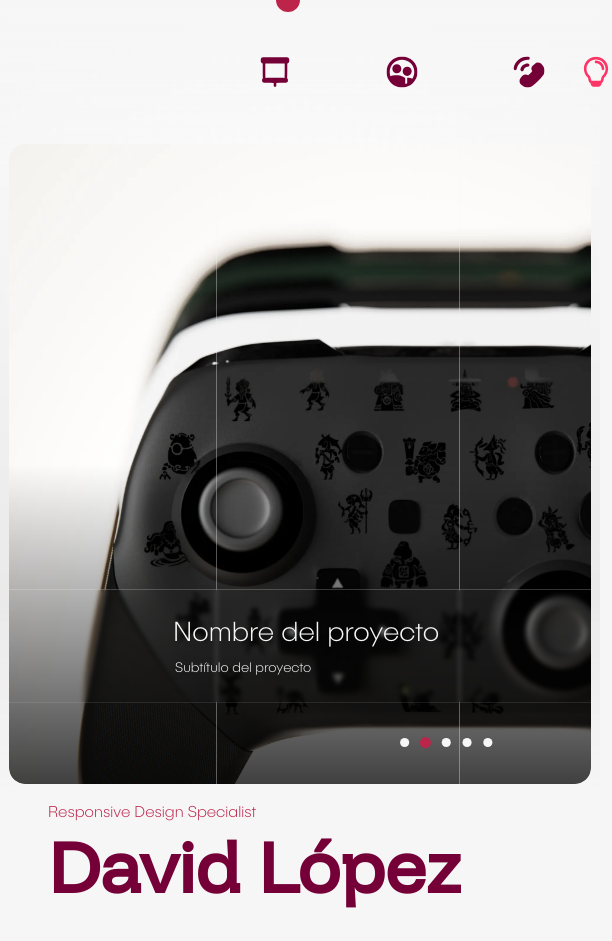
Repository: dalcava/Portafolio
Page: index.html
These files come from the project's save history. The page is drawn as it stood at one moment and after the next save; the edit follows.
The browser window is 600 px wide. The page is 612 px wide, so the pictures cover 612 px, including what lies to the right of the window. The pictures show the whole page.
Some web libraries are served in a nearby version.

Above is the page before, as saved 2025-01-27 23:19:35.

After the next save:
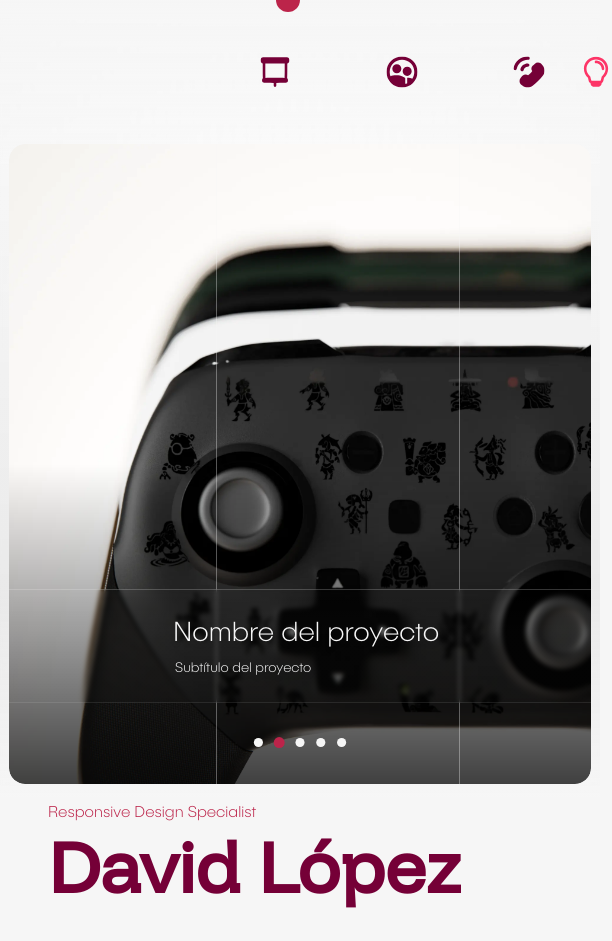
Saved 26 s later.
--- a/style.css
+++ b/style.css
@@ -873,6 +873,9 @@
         left: 0px;
         justify-content: center;
     }
+    .swiper-horizontal>.swiper-pagination-bullets, .swiper-pagination-bullets.swiper-pagination-horizontal, .swiper-pagination-custom, .swiper-pagination-fraction {
+        justify-content: center;
+    }
 }
 
 @media (max-width: 550px) {
